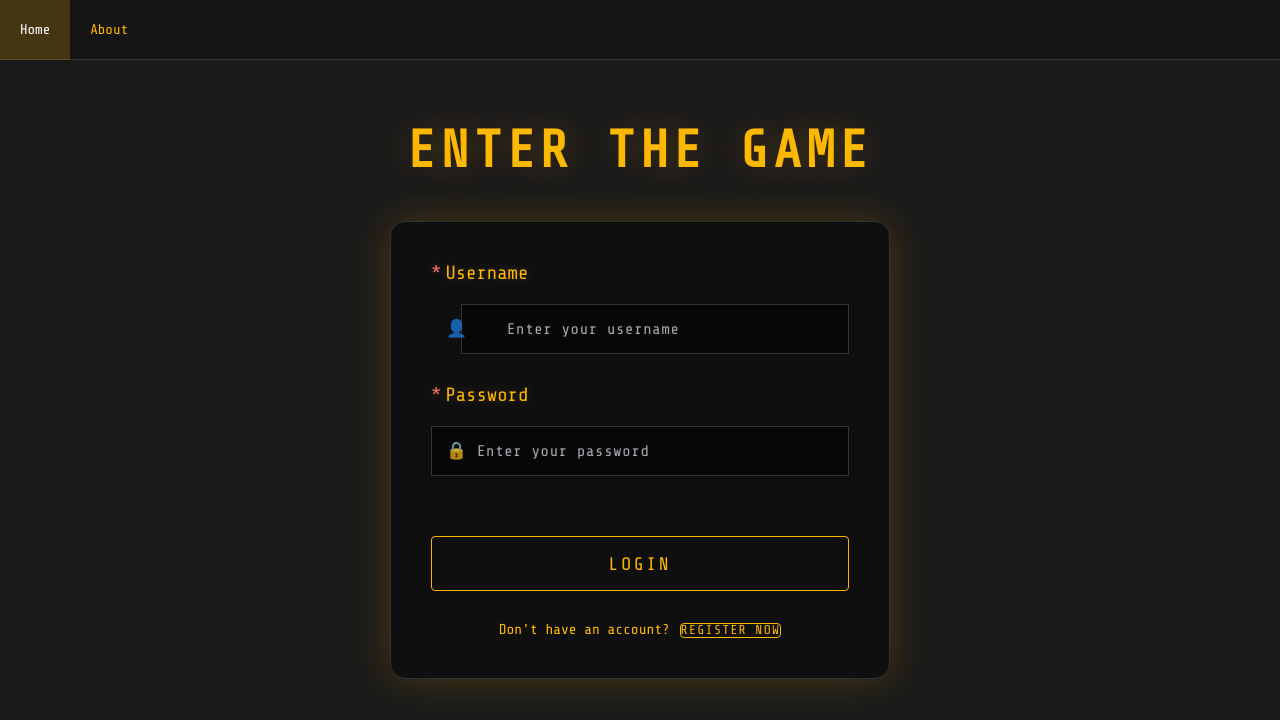
Repository: qqqq121114/se_417
Page: /login (app in client/)
The author's editor kept a copy of each file at every save. The page is drawn from the files as they stood at one save, then again after the next save.
The browser window is 1280 px wide. The pictures show the whole page.
An inner scrolling area shows only its first screen. The project was rebuilt for these pictures with package versions that can differ from the ones it lists, and the page was loaded fresh each time. Also part of the build but not shown: client/vite.config.js, client/src/views/Home.vue.

Above is the page before, as saved 2024-12-08 12:58:29.

After the next save:
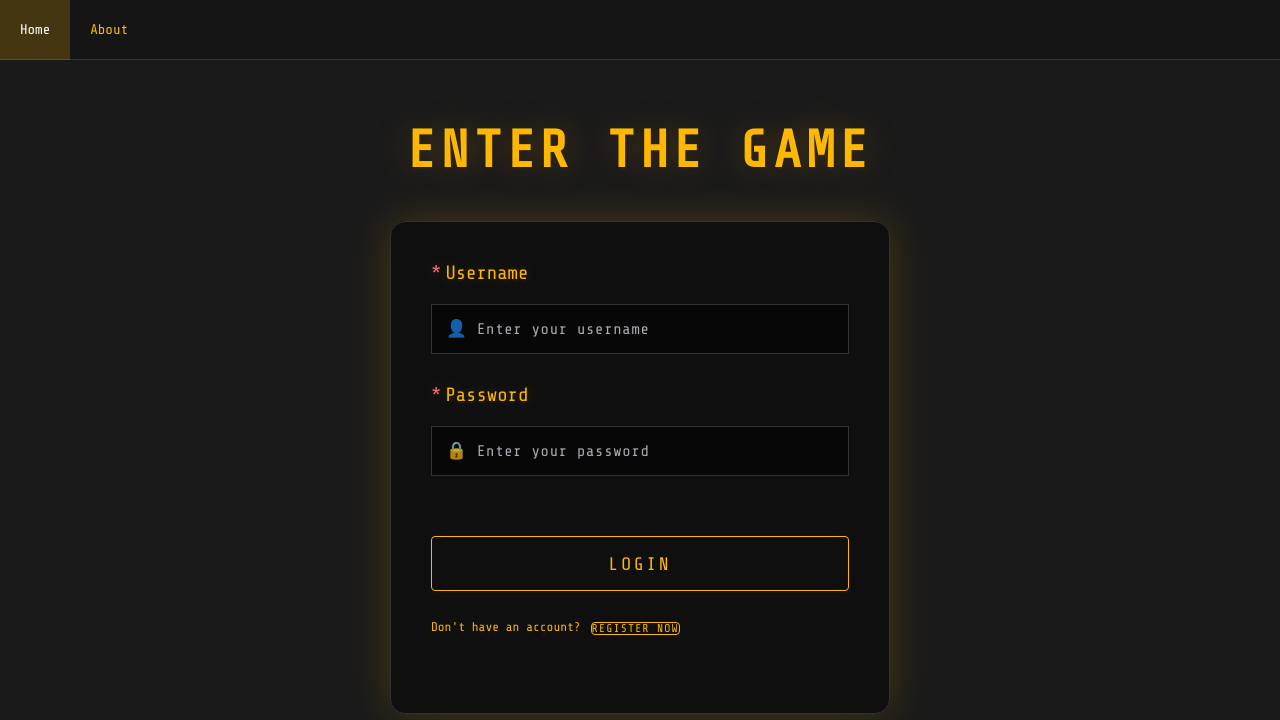
Saved 101 s later.
--- a/client/src/views/Login.vue
+++ b/client/src/views/Login.vue
@@ -14,7 +14,6 @@
             v-model="form.username"
             placeholder="Enter your username"
             class="cyber-input"
-            prefix-icon="el-icon-user"
           >
             <template #prefix>
               <div class="input-icon">👤</div>
@@ -36,17 +35,17 @@
         </el-form-item>
         <el-form-item>
           <el-button class="cyber-button" type="primary" @click="submitForm">LOGIN</el-button>
+          <div class="form-footer">
+            <span>Don't have an account?</span>
+            <el-button
+              class="register-link"
+              type="text"
+              @click="$router.push('/register')"
+            >
+              Register Now
+            </el-button>
+          </div>
         </el-form-item>
-        <div class="form-footer">
-          <span>Don't have an account?</span>
-          <el-button
-            class="register-link"
-            type="text"
-            @click="$router.push('/register')"
-          >
-            Register Now
-          </el-button>
-        </div>
       </el-form>
     </div>
   </div>
@@ -98,7 +97,7 @@ const submitForm = async () => {
     console.log('Login successful:', response.data)
     ElMessage.success('Login successful!')
 
-    // 登录成功后跳转到首页
+    // 登录��功后跳转到首页
     setTimeout(() => {
       router.push('/')
     }, 1500)
